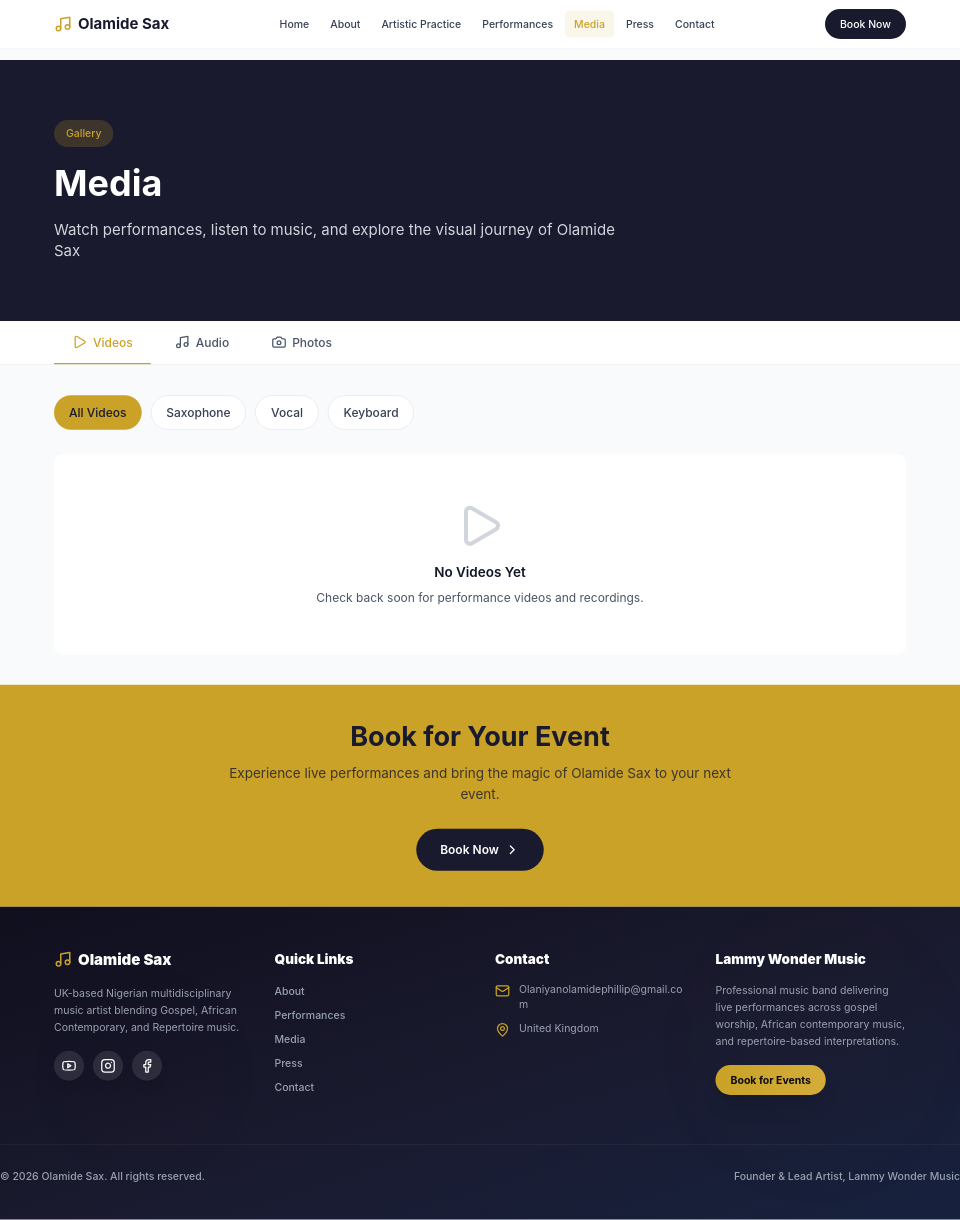
Repository: TheJazzDev/olamide-sax
Page: /media
The author's editor kept a copy of each file at every save. The page is drawn from the files as they stood at one save, then again after the next save.
The browser window is 1280 px wide. The pictures show the whole page, at 75% of full size.
The page's requests for data from a server got no answer. The project was rebuilt for these pictures with package versions that can differ from the ones it lists, and the page was loaded fresh each time. Some packages were replaced by stand-ins written for this rebuild. The framework's server and built-in components were replaced by stand-ins that run in the browser. No one was signed in, and anything a server would have sent is missing. Also part of the build but not shown: next.config.ts.

Above is the page before, as saved 2026-01-17 17:36:37.

After the next save:
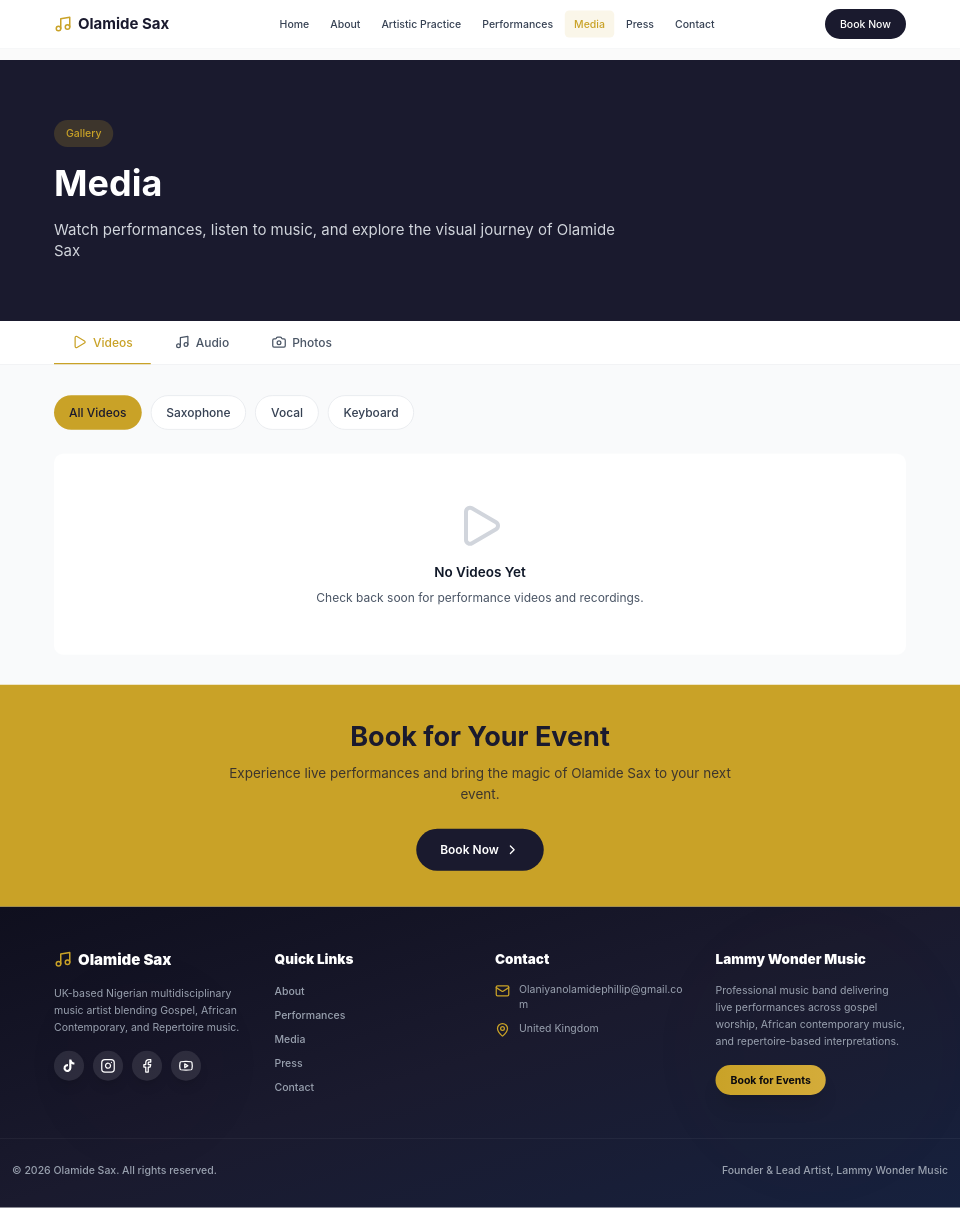
Saved 53 s later.
--- a/components/Footer.tsx
+++ b/components/Footer.tsx
@@ -11,7 +11,7 @@ const quickLinks = [
 
 export default function Footer() {
   return (
-    <footer className="bg-gradient-to-br from-[#0f0f1e] via-[#1a1a2e] to-[#16213e] text-white relative overflow-hidden pt-10 lg:pt-14">
+    <footer className="bg-linear-to-br from-[#0f0f1e] via-[#1a1a2e] to-[#16213e] text-white relative overflow-hidden pt-8 sm:pt-10 md:pt-12 lg:pt-14">
       {/* Subtle background decoration */}
       <div className="absolute inset-0 opacity-5">
         <div className="absolute top-0 right-0 w-64 h-64 sm:w-96 sm:h-96 bg-[#c9a227]/20 rounded-full blur-3xl" />
@@ -31,16 +31,18 @@ export default function Footer() {
             </p>
             <div className="flex items-center gap-3">
               <a
-                href="https://youtube.com/@olamidesax"
+                href="https://www.tiktok.com/@lammywondermusic?_r=1&_t=ZS-937JbAE0FA8"
                 target="_blank"
                 rel="noopener noreferrer"
                 className="w-9 h-9 sm:w-10 sm:h-10 flex items-center justify-center rounded-full bg-white/10 hover:bg-[#c9a227] transition-all hover:scale-110 shadow-lg"
-                aria-label="YouTube"
+                aria-label="TikTok"
               >
-                <Youtube className="w-4 h-4 sm:w-5 sm:h-5" />
+                <svg className="w-4 h-4 sm:w-5 sm:h-5" fill="currentColor" viewBox="0 0 24 24" xmlns="http://www.w3.org/2000/svg">
+                  <path d="M19.59 6.69a4.83 4.83 0 0 1-3.77-4.25V2h-3.45v13.67a2.89 2.89 0 0 1-5.2 1.74 2.89 2.89 0 0 1 2.31-4.64 2.93 2.93 0 0 1 .88.13V9.4a6.84 6.84 0 0 0-1-.05A6.33 6.33 0 0 0 5 20.1a6.34 6.34 0 0 0 10.86-4.43v-7a8.16 8.16 0 0 0 4.77 1.52v-3.4a4.85 4.85 0 0 1-1-.1z"/>
+                </svg>
               </a>
               <a
-                href="#"
+                href="https://www.instagram.com/lammy_wonder?igsh=MTVwMHRoNWpmZHBycQ%3D%3D&utm_source=qr"
                 target="_blank"
                 rel="noopener noreferrer"
                 className="w-9 h-9 sm:w-10 sm:h-10 flex items-center justify-center rounded-full bg-white/10 hover:bg-[#c9a227] transition-all hover:scale-110 shadow-lg"
@@ -49,13 +51,22 @@ export default function Footer() {
                 <Instagram className="w-4 h-4 sm:w-5 sm:h-5" />
               </a>
               <a
-                href="#"
+                href="https://www.facebook.com/share/19kyBuitHZ/?mibextid=wwXIfr"
                 target="_blank"
                 rel="noopener noreferrer"
                 className="w-9 h-9 sm:w-10 sm:h-10 flex items-center justify-center rounded-full bg-white/10 hover:bg-[#c9a227] transition-all hover:scale-110 shadow-lg"
                 aria-label="Facebook"
               >
                 <Facebook className="w-4 h-4 sm:w-5 sm:h-5" />
+              </a>
+              <a
+                href="https://youtube.com/@olamidesax"
+                target="_blank"
+                rel="noopener noreferrer"
+                className="w-9 h-9 sm:w-10 sm:h-10 flex items-center justify-center rounded-full bg-white/10 hover:bg-[#c9a227] transition-all hover:scale-110 shadow-lg"
+                aria-label="YouTube"
+              >
+                <Youtube className="w-4 h-4 sm:w-5 sm:h-5" />
               </a>
             </div>
           </div>
@@ -105,7 +116,7 @@ export default function Footer() {
             </p>
             <Link
               href="/contact"
-              className="inline-flex items-center px-4 py-2 sm:px-5 sm:py-2.5 bg-gradient-to-r from-[#c9a227] to-[#d4ac3a] text-[#0a0a0f] text-xs sm:text-sm font-bold rounded-full hover:bg-[#e8d48b] transition-all hover:scale-105 shadow-xl hover:shadow-2xl"
+              className="inline-flex items-center px-4 py-2 sm:px-5 sm:py-2.5 bg-linear-to-r from-[#c9a227] to-[#d4ac3a] text-[#0a0a0f] text-xs sm:text-sm font-bold rounded-full hover:bg-[#e8d48b] transition-all hover:scale-105 shadow-xl hover:shadow-2xl"
             >
               Book for Events
             </Link>
@@ -114,8 +125,8 @@ export default function Footer() {
       </div>
 
       {/* Bottom Bar */}
-      <div className="border-t border-white/10 relative z-10 mt-10 sm:mt-12 md:mt-14 lg:mt-16">
-        <div className="py-6 sm:py-8 pb-8 sm:pb-10 md:pb-12">
+      <div className="border-t border-white/10 relative z-10 mt-8 sm:mt-10 md:mt-12 lg:mt-14 px-4">
+        <div className="py-5 sm:py-6 md:py-8 pb-6 sm:pb-8 md:pb-10">
           <div className="flex flex-col md:flex-row items-center justify-between gap-2 sm:gap-3 text-xs sm:text-sm text-gray-400">
             <p className="font-medium">&copy; {new Date().getFullYear()} Olamide Sax. All rights reserved.</p>
             <p className="text-center md:text-right font-medium">Founder & Lead Artist, Lammy Wonder Music</p>
